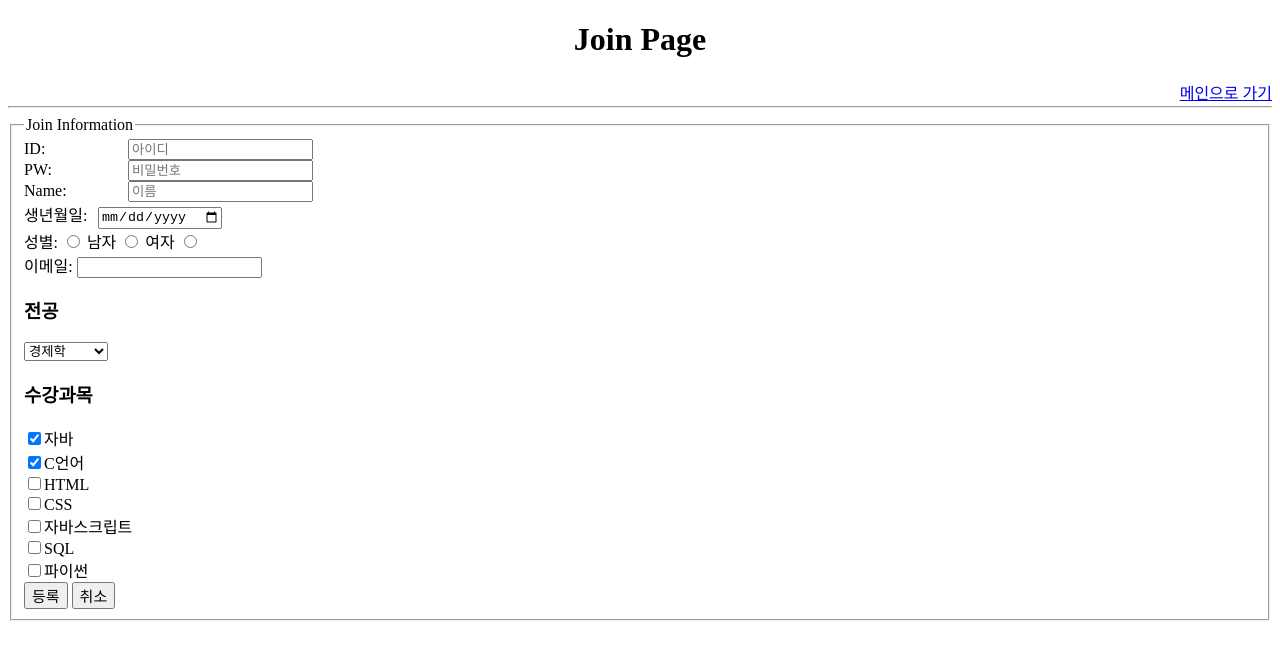
Repository: ByeonYJ/CSSTest
Page: GMSUI/WebContent/member/join.html
The author's editor kept a copy of each file at every save. The page is drawn from the files as they stood at one save, then again after the next save.
The browser window is 1280 px wide. The pictures show the whole page.

Above is the page before, as saved 2017-07-20 07:20:30.

### GMSUI/WebContent/member/join.html
<!DOCTYPE html>
<html>
<head>
<meta charset="UTF-8">
<title>Member Join </title>
<link rel="stylesheet" href="..css/member.css" />
</head>
<body>
<div id="wrapper">
<h1 id="title">Join Page</h1>
<a id="go_main" href="..index.html">메인으로 가기</a><br/>
<hr/>
<div id="container">
	<form id="join_form "action="">
		<fieldset>
		<legend>Join Information</legend>
			<span style="width: 100px; display: inline-block;">ID: </span>
			<input name="id" type="text" placeholder="아이디" /><br />
			<span style="width: 100px; display: inline-block;">PW: </span>
			<input name="password" type="password" placeholder="비밀번호"/><br />
			<span style="width: 100px; display: inline-block;">Name: </span>
			<input name="name" type="text" placeholder="이름"/><br />
			<span style="width: 70px; display: inline-block;">생년월일: </span>
			<input name="birthday" type="date" placeholder="생년월일"/><br />
			성별: <input type="radio" name="gender" value="male"/> 남자
			<input type="radio" name="gender" value="female"/> 여자
			<input type="radio" name="gender" value="female"/>
			<br />
			이메일: <input type="email" name="email"/>
			<h3>전공</h3>
			<select name=major"" id="">
				<option value="computer" >컴퓨터공학</option>
				<option value="economics" selected="selected">경제학</option>
				<option value="tourism">관광학</option>
				<option value="art">미술학</option>
			</select><br />
			<h3>수강과목</h3>
			<input type="checkbox" name="subject" value="java" checked/>자바<br />
			<input type="checkbox" name="subject" value="c" checked/>C언어<br />
			<input type="checkbox" name="subject" value="html"/>HTML<br />
			<input type="checkbox" name="subject" value="css"/>CSS<br />
			<input type="checkbox" name="subject" value="javascript"/>자바스크립트<br />
			<input type="checkbox" name="subject" value="sql"/>SQL<br />
			<input type="checkbox" name="subject" value="python"/>파이썬<br />
			<input type="submit" value="등록" class="bgcolor-blue" style=font-size:15px; width: 280px;/>
			<input type="reset" value="취소" class="bgcolor-red" style=font-size:15px; width: 280px;"/>
		</fieldset>
	</form>
	</div>
</div>
</div>
</body>
</html>

### GMSUI/WebContent/css/member.css
@CHARSET "UTF-8";
@IMPORT "common.css";
/*index.html*/
#index-tab{width: 75%;margin:0 auto;}
#index-tab-tr>td{width: 75%;margin:0 auto;width:30%;text-align: center;border: 1px solid black;}
.index-ul{width: 200px;}
.index-ul>li{border: 1px solid black;}
/*login.html*/
#login_id{color:blue;display:inline-block;fint-size: 30px;width:160px;}
#login_pass{color:blue;font-size:30px}
#login_but{background-color:blue;color:white;width:160px;height}
#login_cancel_btn{background-color:red;color:white;width:160px;height}
/*join.html*/

### GMSUI/WebContent/css/common.css
@CHARSET "UTF-8";
table{border-collapse: collapse;}
#wrapper{width: 100%}
#go_main{float:right}
#title{text-align: center;}
#container{}
.gms-text-center{text-align: center;}
.gms-border-black{border:1px solid black;}
.gms-width-100pro{width:100%;}
.gms-width-30pro{width:30%;}
.gms-text-deco-none{text-decoration: none;}
.gms-margin-auto{margin:0 auto;}
.gms-list-none{list-style-type:none;}
.gms-inline-block{display:inline-block}
.gms-fload-right{float:right}
.gms-bgcolor-blue{background-color:blue;}
.gms-bgcolor-red{background-color:red;}
.gms-border-black{border: 1px solid black;}
.gms-textcolor-white{color:white}
.gms-textcolor-blue{color:blue}

After the next save:
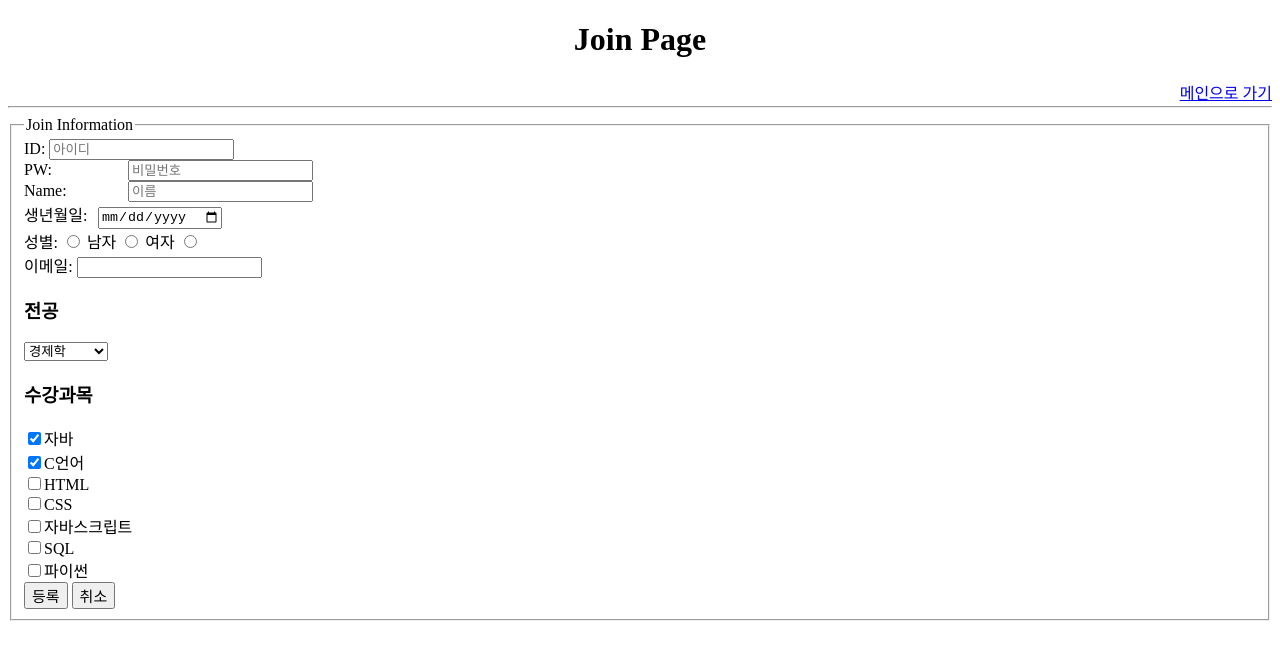
Saved 68 s later.
--- a/GMSUI/WebContent/member/join.html
+++ b/GMSUI/WebContent/member/join.html
@@ -14,7 +14,7 @@
 	<form id="join_form "action="">
 		<fieldset>
 		<legend>Join Information</legend>
-			<span style="width: 100px; display: inline-block;">ID: </span>
+			<span id="join_id">ID: </span>
 			<input name="id" type="text" placeholder="아이디" /><br />
 			<span style="width: 100px; display: inline-block;">PW: </span>
 			<input name="password" type="password" placeholder="비밀번호"/><br />
